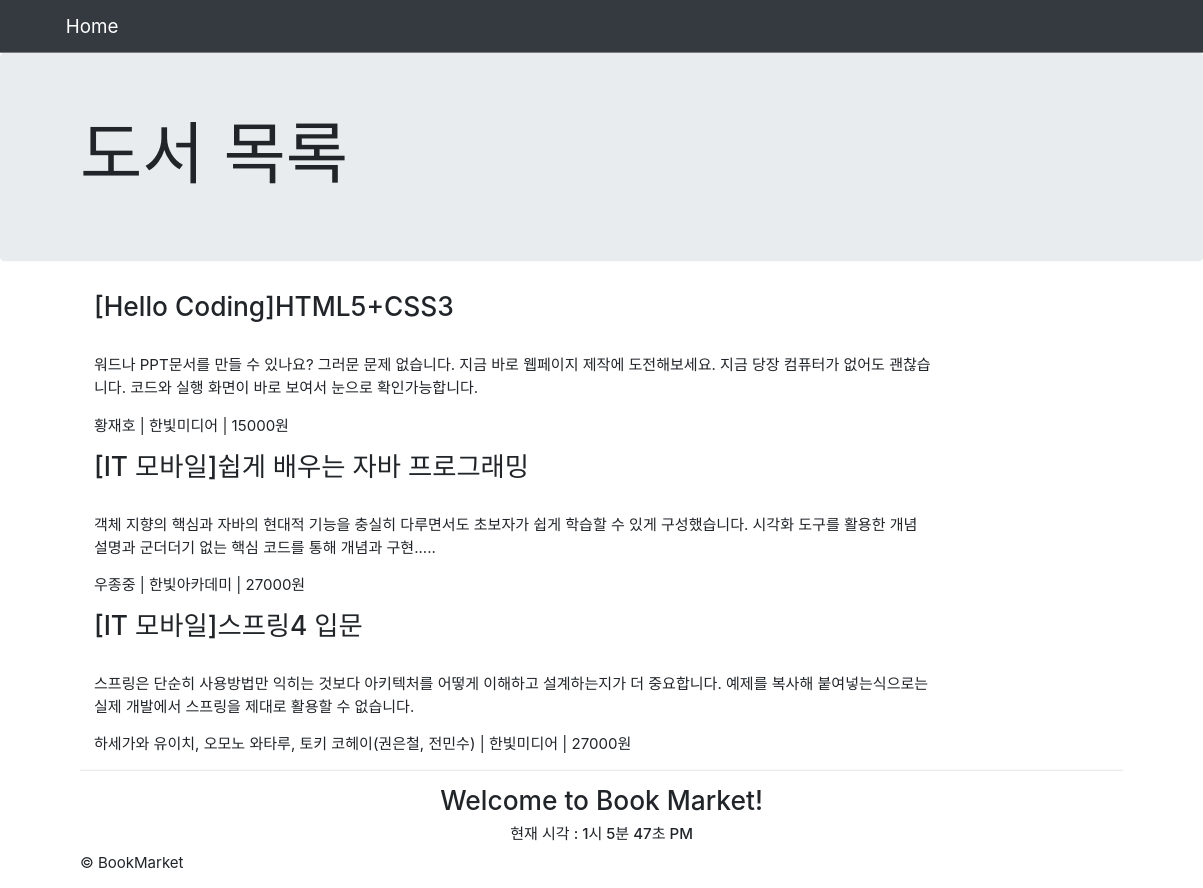
Repository: CheolHo-0428/JSP-Web-Programming
Page: http://localhost/BookMarket/books.jsp
These files come from the project's save history. The page is drawn as it stood at one moment and after the next save; the edit follows.
The browser window is 1280 px wide. The pictures show the whole page, at 94% of full size.
The page is served by Tomcat 9.

Above is the page before, as saved 2021-05-09 08:37:31.

### BookMarket/src/main/webapp/books.jsp
<%@ page language="java" contentType="text/html; charset=UTF-8"
    pageEncoding="UTF-8"%>
<%@ page import = "java.util.ArrayList" %>
<%@ page import = "dto.Book"%>
<jsp:useBean id="bookDAO" class="dao.BookRepository" scope="page"></jsp:useBean>
<!DOCTYPE html>
<html>
<head>
<meta charset="UTF-8">
<title>도서 목록</title>
</head>
<!-- Bootstrap CSS -->
    <link href="https://maxcdn.bootstrapcdn.com/bootstrap/4.0.0/css/bootstrap.min.css"
    	rel="stylesheet">
<body>
	<jsp:include page="menu.jsp"></jsp:include>

	<div class = "jumbotron">
		<div class = "container">
			<h1 class = "display-3">도서 목록</h1>
		</div>
	</div>

	<%
		ArrayList<Book> listOfBooks = bookDAO.getAllBooks();
	%>
	<div class="container">
		<div class="column" align="left">
			<% for(int i=0; i<listOfBooks.size(); i++){
				Book book = listOfBooks.get(i);
			%>
			<div class = "col-md-10">
				<h3><%=book.getCategory()%><%=book.getName()%></h3><br>
				<p><%=book.getDescription() %></p>
				<p><%=book.getAuthor()%> | <%=book.getPublisher()%> | <%=book.getUnitPrice()%>원</p>
				<p></p>
			</div>
			<%
				}
			%>
		</div>
		<hr>
	</div>
	<jsp:include page="footer.jsp"></jsp:include>
</body>
</html>

### BookMarket/src/main/webapp/menu.jsp
<%@ page language="java" contentType="text/html; charset=UTF-8"
    pageEncoding="UTF-8"%>
<!DOCTYPE html>
<html>
<head>
<meta charset="UTF-8">
<title>Insert title here</title>
</head>
<body>
	<nav class="navbar navbar-expand navbar-dark bg-dark">
		<div class="container">
			<div class = "navbar-header">
				<a class = "navbar-brand" href="./welcome.jsp">Home</a>
			</div>
		</div>
	</nav>
</body>
</html>

### BookMarket/src/main/webapp/footer.jsp
<%@ page language="java" contentType="text/html; charset=UTF-8"
    pageEncoding="UTF-8"%>
<%@ page import="java.util.Date" %>
<!DOCTYPE html>
<html>
<head>
<meta charset="UTF-8">
<title>Insert title here</title>
</head>
<body>
	<%
		String tagline = "Welcome to Book Market!";

		Date day = new Date();
		String am_pm;
		int hour = day.getHours();
		int minute = day.getMinutes();
		int second = day.getSeconds();
		if(hour/12 == 0){
			am_pm = "AM";
		} else {
			am_pm = "PM";
			hour = hour-12;
		}
		String CT = hour + "시 " + minute + "분 " + second + "초 " + am_pm;
	%>

	<div class = "container">
		<div class = "text-center">
			<h3><%= tagline %></h3>
			<h6>현재 시각 : <%= CT %></h6>
		</div>
	</div>


	<footer class = "container">
		<p>&copy; BookMarket</p>
	</footer>
</body>
</html>

### BookMarket/src/main/java/dao/BookRepository.java
package dao;

import java.util.ArrayList;
import dto.Book;

public class BookRepository {
	ArrayList<Book> listOfBooks = new ArrayList<Book>();

	public BookRepository() {
		Book html = new Book("P1234", "HTML5+CSS3", 15000);
		html.setAuthor("황재호");
		html.setDescription("워드나 PPT문서를 만들 수 있나요? 그러문 문제 없습니다. 지금 바로 웹페이지 제작에 도전해보세요. 지금 당장 컴퓨터가 없어도 괜찮습니다. 코드와 실행 화면이 바로 보여서 눈으로 확인가능합니다.");
		html.setPublisher("한빛미디어");
		html.setCategory("[Hello Coding]");
		html.setUnitsInStock(1000L);
		html.setCondition("신규도서");

		Book it = new Book("P1235", "쉽게 배우는 자바 프로그래밍", 27000);
		it.setAuthor("우종중");
		it.setDescription("객체 지향의 핵심과 자바의 현대적 기능을 충실히 다루면서도 초보자가 쉽게 학습할 수 있게 구성했습니다. 시각화 도구를 활용한 개념 설명과 군더더기 없는 핵심 코드를 통해 개념과 구현.....");
		it.setPublisher("한빛아카데미");
		it.setCategory("[IT 모바일]");
		it.setUnitsInStock(1000L);
		it.setCondition("중고도서");

		Book spring = new Book("P1236", "스프링4 입문", 27000);
		spring.setAuthor("하세가와 유이치, 오모노 와타루, 토키 코헤이(권은철, 전민수)");
		spring.setDescription("스프링은 단순히 사용방법만 익히는 것보다 아키텍처를 어떻게 이해하고 설계하는지가 더 중요합니다. 예제를 복사해 붙여넣는식으로는 실제 개발에서 스프링을 제대로 활용할 수 없습니다.");
		spring.setPublisher("한빛미디어");
		spring.setCategory("[IT 모바일]");
		spring.setUnitsInStock(1000L);
		spring.setCondition("E-Book");

		listOfBooks.add(html);
		listOfBooks.add(it);
		listOfBooks.add(spring);
	}

	public ArrayList<Book> getAllBooks(){
		return listOfBooks;
	}
}

### BookMarket/src/main/java/dto/Book.java
package dto;

import java.io.Serializable;

public class Book implements Serializable {
	private String bookId;			//도서 아이디
	private String name;			//도서명
	private Integer unitPrice;		//가격
	private String author;			//저자
	private String description; 	//설명
	private String publisher;		//출판사
	private String category;		//분류
	private long unitsInStock;		//재고 수
	private long totalPages;		//페이지 수
	private String releaseDate;		//출판일(월/년)
	private String condition;		//신규 도서 or 중고 도서 or E-Book

	public Book() {
		super();
	}

	public Book(String bookId, String name, Integer unitPrice) {
		super();
		this.bookId = bookId;
		this.name = name;
		this.unitPrice = unitPrice;
	}

	public String getBookId() {
		return bookId;
	}

	public void setBookId(String bookId) {
		this.bookId = bookId;
	}

	public String getName() {
		return name;
	}

	public void setName(String name) {
		this.name = name;
	}

	public Integer getUnitPrice() {
		return unitPrice;
	}

	public void setUnitPrice(Integer unitPrice) {
		this.unitPrice = unitPrice;
	}

	public String getAuthor() {
		return author;
	}

	public void setAuthor(String author) {
		this.author = author;
	}

	public String getDescription() {
		return description;
	}

	public void setDescription(String description) {
		this.description = description;
	}

	public String getPublisher() {
		return publisher;
	}

	public void setPublisher(String publisher) {
		this.publisher = publisher;
	}

	public String getCategory() {
		return category;
	}

	public void setCategory(String category) {
		this.category = category;
	}

	public long getUnitsInStock() {
		return unitsInStock;
	}

	public void setUnitsInStock(long unitsInStock) {
		this.unitsInStock = unitsInStock;
	}

	public long getTotalPages() {
		return totalPages;
	}

	public void setTotalPages(long totalPages) {
		this.totalPages = totalPages;
	}

	public String getReleaseDate() {
		return releaseDate;
	}

	public void setReleaseDate(String releaseDate) {
		this.releaseDate = releaseDate;
	}

	public String getCondition() {
		return condition;
	}

	public void setCondition(String condition) {
		this.condition = condition;
	}
}

After the next save:
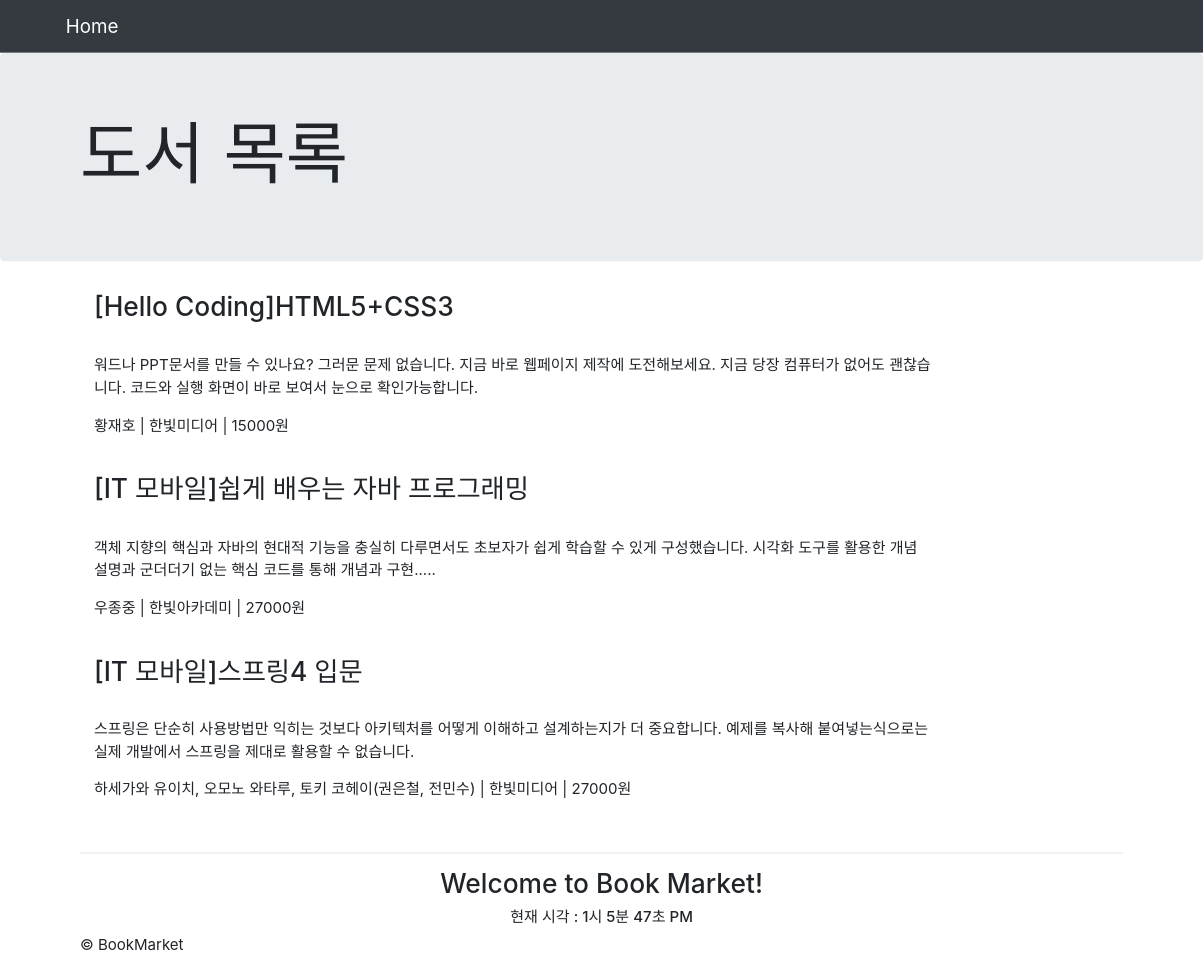
Saved 23 s later.
--- a/BookMarket/src/main/webapp/books.jsp
+++ b/BookMarket/src/main/webapp/books.jsp
@@ -33,7 +33,7 @@
 				<h3><%=book.getCategory()%><%=book.getName()%></h3><br>
 				<p><%=book.getDescription() %></p>
 				<p><%=book.getAuthor()%> | <%=book.getPublisher()%> | <%=book.getUnitPrice()%>원</p>
-				<p></p>
+				<br>
 			</div>
 			<%
 				}
